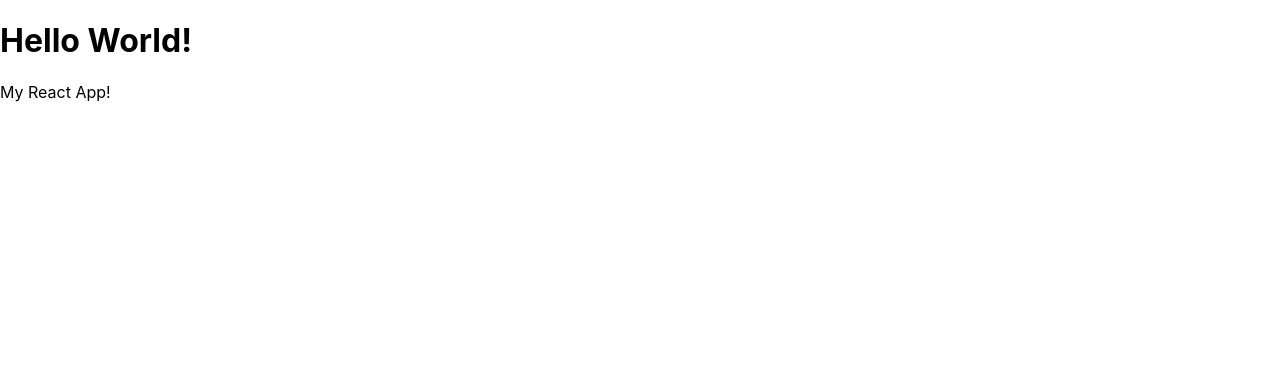
Repository: ruslan-horaiskyi/weatherApp
Page: /
An editor plug-in stored every save of this project. The page is shown before and after the next save, followed by the edit.
The browser window is 1280 px wide. The pictures show the whole page.
The project was rebuilt for these pictures with package versions that can differ from the ones it lists, and the page was loaded fresh each time. Also part of the build but not shown: src/App.css.

Above is the page before, as saved 2023-04-20 16:19:00.

After the next save:
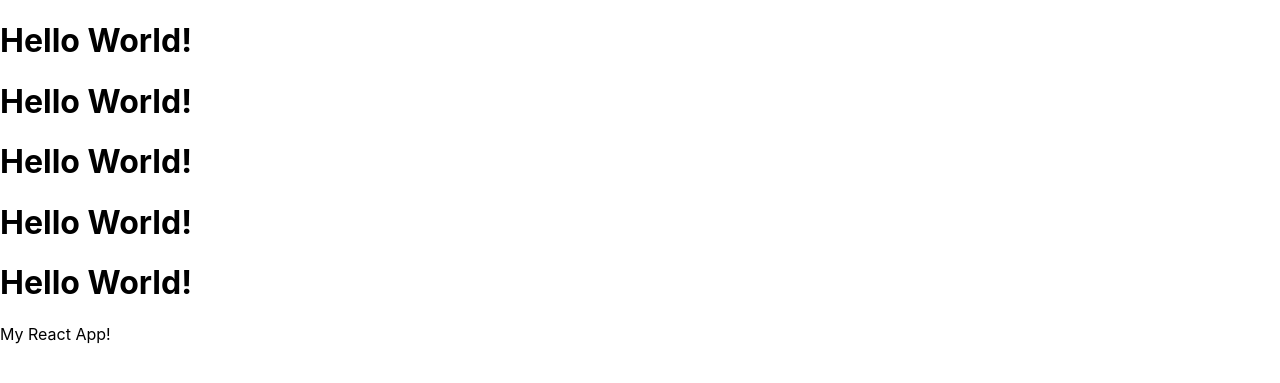
Saved 33 s later.
--- a/src/App.jsx
+++ b/src/App.jsx
@@ -5,7 +5,12 @@
   return (
     <>
       <h1>Hello World!</h1>
+      <h1>Hello World!</h1>
+      <h1>Hello World!</h1>
+      <h1>Hello World!</h1>
+      <h1>Hello World!</h1>
       <p>My React App!</p>
+
     </>
   );
 };

After the 2 saves that followed:
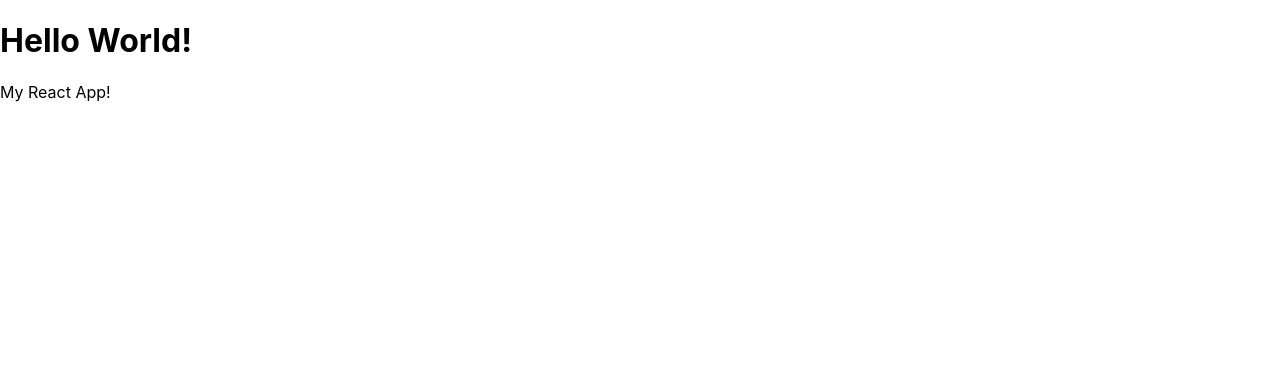
The 2 saves are shown as one change because they came seconds apart.
The last was saved 6 s later.
--- a/src/App.jsx
+++ b/src/App.jsx
@@ -5,12 +5,7 @@
   return (
     <>
       <h1>Hello World!</h1>
-      <h1>Hello World!</h1>
-      <h1>Hello World!</h1>
-      <h1>Hello World!</h1>
-      <h1>Hello World!</h1>
       <p>My React App!</p>
-
     </>
   );
 };
